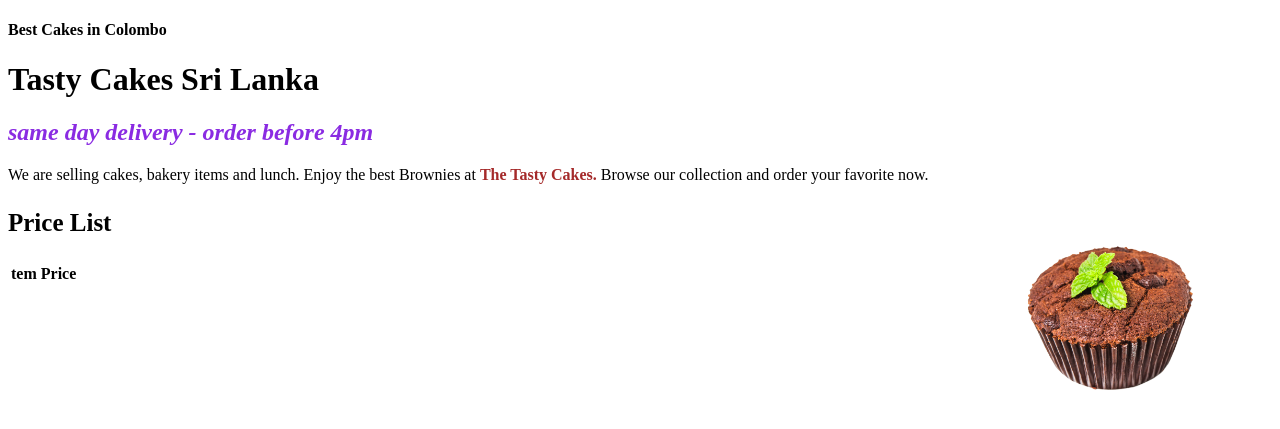
Repository: DhananjayaLakshan/Uom-Web_Design_For_Beginners
Page: work01/index.html
An editor plug-in stored every save of this project. The page is shown before and after the next save, followed by the edit.
The browser window is 1280 px wide. The pictures show the whole page.

Above is the page before, as saved 2023-11-24 11:55:10.

### work01/index.html
<!DOCTYPE html>
<html lang="en">
<head>
    <title>Tasty Cakes Sri Lanka</title>
    <link rel="stylesheet" type="text/css" href="styles.css">
</head>
<body>
    <h4>Best Cakes in Colombo</h4>
    <h1>Tasty Cakes Sri Lanka</h1>

    <h2 class="tagline">same day delivery - order before 4pm </h2>
    <p>We are selling cakes, bakery items and lunch. Enjoy the best Brownies at <strong style="color: brown;"> The Tasty Cakes.</strong>
        Browse our collection and order your favorite now.</p>

    <img src="image-01.png" width="320px" alt="cake picture">

    <p class="pricetopic">Price List</p>

    <table>
        <tr>
            <th>tem</th>
            <th>Price</th>
        </tr>
    </table>


</body>
</html>

### work01/styles.css
.tagline{
    color: blueviolet;
    font-style: italic;
}

img{
    float: right;
}

.pricetopic{
    font-size: 25px;
    font-weight: bold;
}

After the next save:
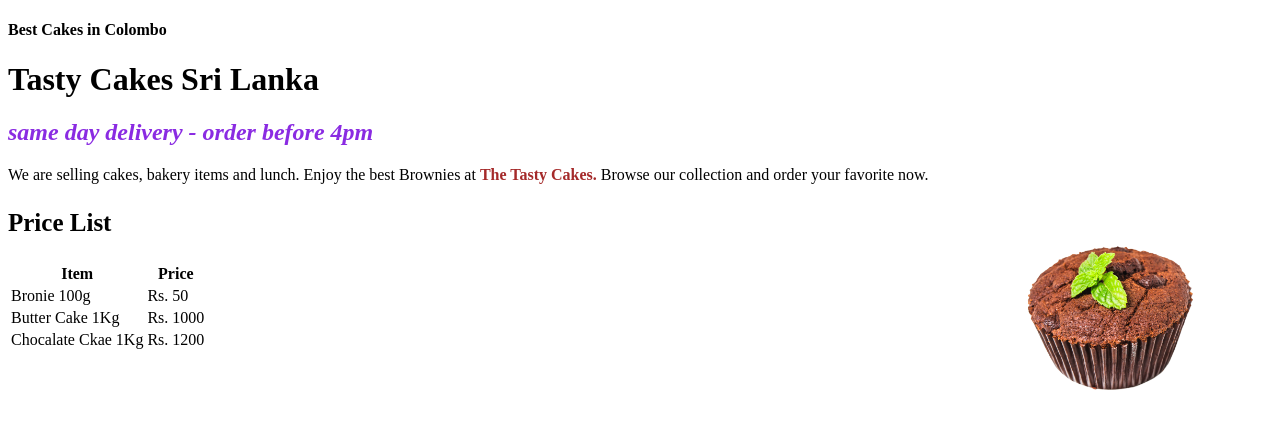
Saved 112 s later.
--- a/work01/index.html
+++ b/work01/index.html
@@ -18,9 +18,25 @@
 
     <table>
         <tr>
-            <th>tem</th>
+            <th>Item</th>
             <th>Price</th>
         </tr>
+
+        <tr>
+            <td>Bronie 100g</td>
+            <td>Rs. 50</td>
+        </tr>
+
+        <tr>
+            <td>Butter Cake 1Kg</td>
+            <td>Rs. 1000</td>
+        </tr>
+
+        <tr>
+            <td>Chocalate Ckae 1Kg</td>
+            <td>Rs. 1200</td>
+        </tr>
+
     </table>
 
 
